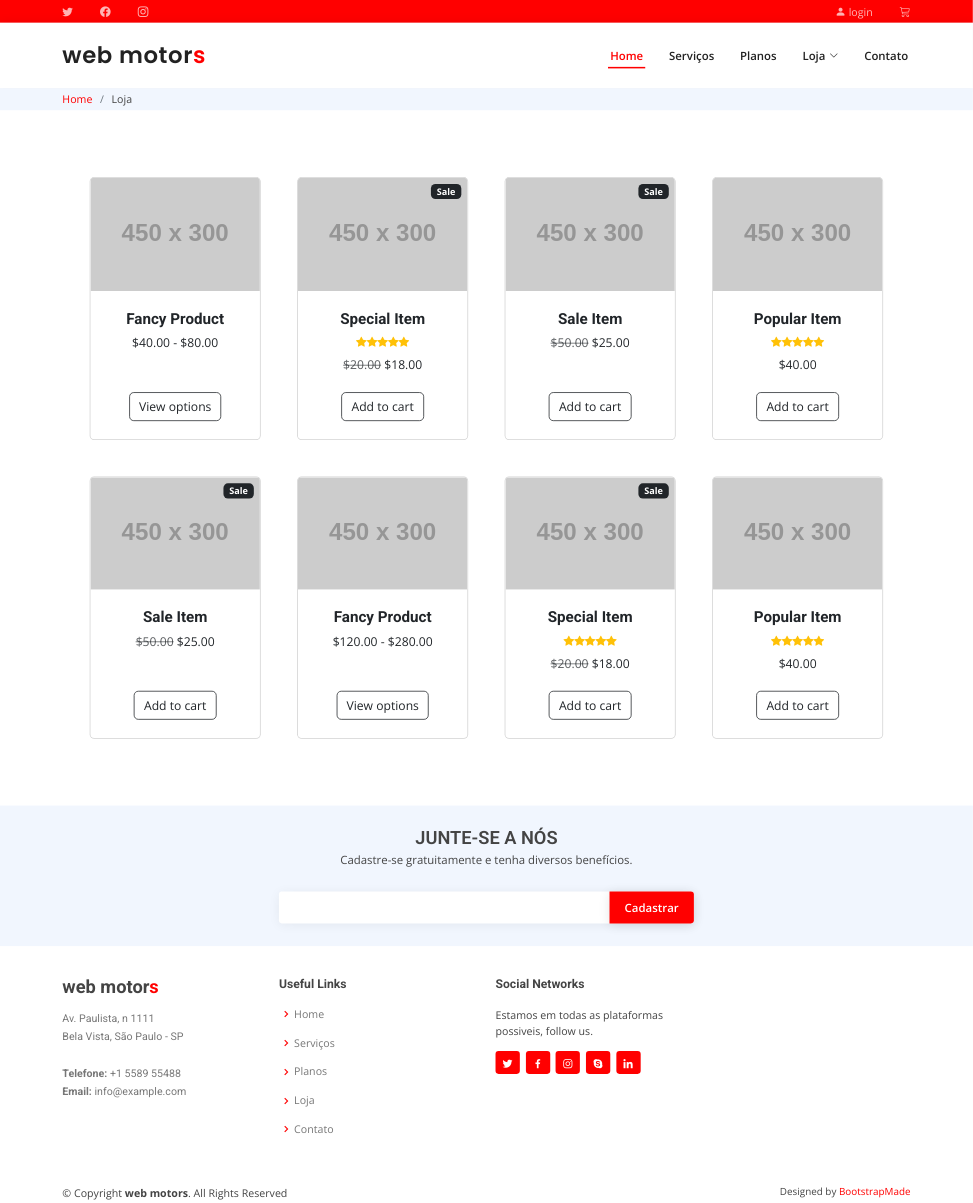
Repository: 01nethy/WebMotors
Page: produtos.html
The author's editor kept a copy of each file at every save. The page is drawn from the files as they stood at one save, then again after the next save.
The browser window is 1280 px wide. The pictures show the whole page, at 76% of full size.

Above is the page before, as saved 2023-12-06 15:26:43.

### produtos.html
<!DOCTYPE html>
<html lang="pt-BR">

<head>
  <meta charset="utf-8">
  <meta content="width=device-width, initial-scale=1.0" name="viewport">

  <title>Produtos Automotivos - Web Motors</title>
  <meta content="" name="description">
  <meta content="" name="keywords">

  <!-- Favicons -->
  <link href="assets/img/favicon.png" rel="icon">
  <link href="assets/img/apple-touch-icon.png" rel="apple-touch-icon">

  <!-- Google Fonts -->
  <link
    href="https://fonts.googleapis.com/css?family=Open+Sans:300,300i,400,400i,600,600i,700,700i|Roboto:300,300i,400,400i,500,500i,600,600i,700,700i|Poppins:300,300i,400,400i,500,500i,600,600i,700,700i"
    rel="stylesheet">

  <!-- Vendor CSS Files -->
  <link href="assets/vendor/aos/aos.css" rel="stylesheet">
  <link href="assets/vendor/bootstrap/css/bootstrap.min.css" rel="stylesheet">
  <link href="assets/vendor/bootstrap-icons/bootstrap-icons.css" rel="stylesheet">
  <link href="assets/vendor/boxicons/css/boxicons.min.css" rel="stylesheet">
  <link href="assets/vendor/glightbox/css/glightbox.min.css" rel="stylesheet">
  <link href="assets/vendor/swiper/swiper-bundle.min.css" rel="stylesheet">

  <!-- Template Main CSS File -->
  <link href="assets/css/style.css" rel="stylesheet">

  <!-- =======================================================
  * Template Name: BizLand
  * Updated: Jul 27 2023 with Bootstrap v5.3.1
  * Template URL: https://bootstrapmade.com/bizland-bootstrap-business-template/
  * Author: BootstrapMade.com
  * License: https://bootstrapmade.com/license/
  ======================================================== -->
</head>

<body>
 <!-- ======= Top Bar ======= -->
 <section id="topbar" class="d-flex align-items-center">
  <div id="topajust" class="container d-flex">
    <div class="social-links col-6 ">
      <a href="#" class="twitter m-0"><i class="bi bi-twitter"></i></a>
      <a href="#" class="facebook"><i class="bi bi-facebook"></i></a>
      <a href="#" class="instagram"><i class="bi bi-instagram"></i></a>
      <!-- <a href="#" class="linkedin"><i class="bi bi-linkedin"></i></i></a> -->
    </div>
    <div class="social-links col-6 text-end">
      <a href="login.html"><i class="bi bi-person-fill"></i> login </a>
      <a href="cart.html"> <i class="bi bi-cart3"></i></a>
    </div>
  </div>
</section>

  <!-- ======= Header nav ======= -->
  <header id="header" class="d-flex">
    <div class="container d-flex align-items-center justify-content-between"">
      <h1 class=" logo"><a href="index.html">web motor<span>s</span></a></h1>
      <nav id="navbar" class="nav navbar justify-content-end">
        <ul>
          <li><a class="nav-link scrollto active" href="index.html">Home</a></li>
          <!-- <li><a class="nav-link scrollto" href="#about">Mecanica</a></li>-->
          <li><a class="nav-link scrollto" href="index.html #services">Serviços</a></li>
          <!-- <li><a class="nav-link scrollto " href="#portfolio">Aditivo</a></li>-->
          <li><a class="nav-link scrollto" href="index.html #pricing">Planos</a></li>
          <li class="dropdown"><a href="produtos.html"><span>Loja</span> <i class="bi bi-chevron-down"></i></a>
            <ul>
              <li><a href="#">Aditivos</a></li>
              <!-- <li class="dropdown"><a href="#"><span>Deep Drop Down</span> <i class="bi bi-chevron-right"></i></a>
                <ul>
                  <li><a href="#">Deep Drop Down 1</a></li>
                  <li><a href="#">Deep Drop Down 2</a></li>
                  <li><a href="#">Deep Drop Down 3</a></li>
                  <li><a href="#">Deep Drop Down 4</a></li>
                  <li><a href="#">Deep Drop Down 5</a></li>
                </ul>
              </li> -->
              <li><a href="#">Borracha</a></li>
              <li><a href="#">Pneus</a></li>
            </ul>
          </li>
          <li><a class="nav-link scrollto" href="index.html #contact">Contato</a></li>
        </ul>
        <i class="bi bi-list mobile-nav-toggle"></i>
      </nav><!-- .navbar -->

    </div>
  </header>

  <main id="main" data-aos="fade-up">
    <!-- ======= Breadcrumbs ======= -->
    <section class="breadcrumbs">
      <div class="container">
        <div class="d-flex justify-content-between align-items-center">
          <ol>
            <li><a href="index.html">Home</a></li>
            <li>Loja</li>
          </ol>
        </div>
      </div>
    </section>

    <section class="inner-page">
      <div class="container px-4 px-lg-5 mt-5">
        <div class="row gx-4 gx-lg-5 row-cols-2 row-cols-md-3 row-cols-xl-4 justify-content-center">
          <div class="col mb-5">
            <div class="card h-100">
              <!-- Product image-->
              <img class="card-img-top" src="https://dummyimage.com/450x300/dee2e6/6c757d.jpg" alt="..." />
              <!-- Product details-->
              <div class="card-body p-4">
                <div class="text-center">
                  <!-- Product name-->
                  <h5 class="fw-bolder">Fancy Product</h5>
                  <!-- Product price-->
                  $40.00 - $80.00
                </div>
              </div>
              <!-- Product actions-->
              <div class="card-footer p-4 pt-0 border-top-0 bg-transparent">
                <div class="text-center"><a class="btn btn-outline-dark mt-auto" href="#">View options</a></div>
              </div>
            </div>
          </div>
          <div class="col mb-5">
            <div class="card h-100">
              <!-- Sale badge-->
              <div class="badge bg-dark text-white position-absolute" style="top: 0.5rem; right: 0.5rem">Sale</div>
              <!-- Product image-->
              <img class="card-img-top" src="https://dummyimage.com/450x300/dee2e6/6c757d.jpg" alt="..." />
              <!-- Product details-->
              <div class="card-body p-4">
                <div class="text-center">
                  <!-- Product name-->
                  <h5 class="fw-bolder">Special Item</h5>
                  <!-- Product reviews-->
                  <div class="d-flex justify-content-center small text-warning mb-2">
                    <div class="bi-star-fill"></div>
                    <div class="bi-star-fill"></div>
                    <div class="bi-star-fill"></div>
                    <div class="bi-star-fill"></div>
                    <div class="bi-star-fill"></div>
                  </div>
                  <!-- Product price-->
                  <span class="text-muted text-decoration-line-through">$20.00</span>
                  $18.00
                </div>
              </div>
              <!-- Product actions-->
              <div class="card-footer p-4 pt-0 border-top-0 bg-transparent">
                <div class="text-center"><a class="btn btn-outline-dark mt-auto" href="#">Add to cart</a></div>
              </div>
            </div>
          </div>
          <div class="col mb-5">
            <div class="card h-100">
              <!-- Sale badge-->
              <div class="badge bg-dark text-white position-absolute" style="top: 0.5rem; right: 0.5rem">Sale</div>
              <!-- Product image-->
              <img class="card-img-top" src="https://dummyimage.com/450x300/dee2e6/6c757d.jpg" alt="..." />
              <!-- Product details-->
              <div class="card-body p-4">
                <div class="text-center">
                  <!-- Product name-->
                  <h5 class="fw-bolder">Sale Item</h5>
                  <!-- Product price-->
                  <span class="text-muted text-decoration-line-through">$50.00</span>
                  $25.00
                </div>
              </div>
              <!-- Product actions-->
              <div class="card-footer p-4 pt-0 border-top-0 bg-transparent">
                <div class="text-center"><a class="btn btn-outline-dark mt-auto" href="#">Add to cart</a></div>
              </div>
            </div>
          </div>
          <div class="col mb-5">
            <div class="card h-100">
              <!-- Product image-->
              <img class="card-img-top" src="https://dummyimage.com/450x300/dee2e6/6c757d.jpg" alt="..." />
              <!-- Product details-->
              <div class="card-body p-4">
                <div class="text-center">
                  <!-- Product name-->
                  <h5 class="fw-bolder">Popular Item</h5>
                  <!-- Product reviews-->
                  <div class="d-flex justify-content-center small text-warning mb-2">
                    <div class="bi-star-fill"></div>
                    <div class="bi-star-fill"></div>
                    <div class="bi-star-fill"></div>
                    <div class="bi-star-fill"></div>
                    <div class="bi-star-fill"></div>
                  </div>
                  <!-- Product price-->
                  $40.00
                </div>
              </div>
              <!-- Product actions-->
              <div class="card-footer p-4 pt-0 border-top-0 bg-transparent">
                <div class="text-center"><a class="btn btn-outline-dark mt-auto" href="#">Add to cart</a></div>
              </div>
            </div>
          </div>
          <div class="col mb-5">
            <div class="card h-100">
              <!-- Sale badge-->
              <div class="badge bg-dark text-white position-absolute" style="top: 0.5rem; right: 0.5rem">Sale</div>
              <!-- Product image-->
              <img class="card-img-top" src="https://dummyimage.com/450x300/dee2e6/6c757d.jpg" alt="..." />
              <!-- Product details-->
              <div class="card-body p-4">
                <div class="text-center">
                  <!-- Product name-->
                  <h5 class="fw-bolder">Sale Item</h5>
                  <!-- Product price-->
                  <span class="text-muted text-decoration-line-through">$50.00</span>
                  $25.00
                </div>
              </div>
              <!-- Product actions-->
              <div class="card-footer p-4 pt-0 border-top-0 bg-transparent">
                <div class="text-center"><a class="btn btn-outline-dark mt-auto" href="#">Add to cart</a></div>
              </div>
            </div>
          </div>
          <div class="col mb-5">
            <div class="card h-100">
              <!-- Product image-->
              <img class="card-img-top" src="https://dummyimage.com/450x300/dee2e6/6c757d.jpg" alt="..." />
              <!-- Product details-->
              <div class="card-body p-4">
                <div class="text-center">
                  <!-- Product name-->
                  <h5 class="fw-bolder">Fancy Product</h5>
                  <!-- Product price-->
                  $120.00 - $280.00
                </div>
              </div>
              <!-- Product actions-->
              <div class="card-footer p-4 pt-0 border-top-0 bg-transparent">
                <div class="text-center"><a class="btn btn-outline-dark mt-auto" href="#">View options</a></div>
              </div>
            </div>
          </div>
          <div class="col mb-5">
            <div class="card h-100">
              <!-- Sale badge-->
              <div class="badge bg-dark text-white position-absolute" style="top: 0.5rem; right: 0.5rem">Sale</div>
              <!-- Product image-->
              <img class="card-img-top" src="https://dummyimage.com/450x300/dee2e6/6c757d.jpg" alt="..." />
              <!-- Product details-->
              <div class="card-body p-4">
                <div class="text-center">
                  <!-- Product name-->
                  <h5 class="fw-bolder">Special Item</h5>
                  <!-- Product reviews-->
                  <div class="d-flex justify-content-center small text-warning mb-2">
                    <div class="bi-star-fill"></div>
                    <div class="bi-star-fill"></div>
                    <div class="bi-star-fill"></div>
                    <div class="bi-star-fill"></div>
                    <div class="bi-star-fill"></div>
                  </div>
                  <!-- Product price-->
                  <span class="text-muted text-decoration-line-through">$20.00</span>
                  $18.00
                </div>
              </div>
              <!-- Product actions-->
              <div class="card-footer p-4 pt-0 border-top-0 bg-transparent">
                <div class="text-center"><a class="btn btn-outline-dark mt-auto" href="#">Add to cart</a></div>
              </div>
            </div>
          </div>
          <div class="col mb-5">
            <div class="card h-100">
              <!-- Product image-->
              <img class="card-img-top" src="https://dummyimage.com/450x300/dee2e6/6c757d.jpg" alt="..." />
              <!-- Product details-->
              <div class="card-body p-4">
                <div class="text-center">
                  <!-- Product name-->
                  <h5 class="fw-bolder">Popular Item</h5>
                  <!-- Product reviews-->
                  <div class="d-flex justify-content-center small text-warning mb-2">
                    <div class="bi-star-fill"></div>
                    <div class="bi-star-fill"></div>
                    <div class="bi-star-fill"></div>
                    <div class="bi-star-fill"></div>
                    <div class="bi-star-fill"></div>
                  </div>
                  <!-- Product price-->
                  $40.00
                </div>
              </div>
              <!-- Product actions-->
              <div class="card-footer p-4 pt-0 border-top-0 bg-transparent">
                <div class="text-center"><a class="btn btn-outline-dark mt-auto" href="#">Add to cart</a></div>
              </div>
            </div>
          </div>
        </div>
      </div>
    </section>
  </main><!-- End #main -->

 <!-- ======= Footer ======= -->
 <footer id="footer">
  <div class="footer-newsletter">
    <div class="container">
      <div class="row justify-content-center">
        <div class="col-lg-6">
          <h4>JUNTE-SE A NÓS</h4>
          <p>Cadastre-se gratuitamente e tenha diversos benefícios.</p>
          <form action="" method="post">
            <input type="email" name="email"><input type="submit" value="Cadastrar">
          </form>
        </div>
      </div>
    </div>
  </div>
  <div class="footer-top">
    <div class="container">
      <div class="row">
        <div class="col-lg-3 col-md-6 footer-contact">
          <h3>web motor<span>s</span></h3>
          <p>
            Av. Paulista, n 1111 <br>
            Bela Vista, São Paulo - SP<br>
            <br>
            <strong>Telefone:</strong> +1 5589 55488<br>
            <strong>Email:</strong> info@example.com<br>
          </p>
        </div>
        <div class="col-lg-3 col-md-6 footer-links">
          <h4>Useful Links</h4>
          <ul>
            <li><i class="bx bx-chevron-right"></i> <a href="#">Home</a></li>
            <li><i class="bx bx-chevron-right"></i> <a href="#">Serviços</a></li>
            <li><i class="bx bx-chevron-right"></i> <a href="#">Planos</a></li>
            <li><i class="bx bx-chevron-right"></i> <a href="#">Loja</a></li>
            <li><i class="bx bx-chevron-right"></i> <a href="#">Contato</a></li>
          </ul>
        </div>
        <div class="col-lg-3 col-md-6 footer-links">
          <h4>Social Networks</h4>
          <p>Estamos em todas as plataformas possiveis,
            follow us.</p>
          <div class="social-links mt-3">
            <a href="#" class="twitter"><i class="bx bxl-twitter"></i></a>
            <a href="#" class="facebook"><i class="bx bxl-facebook"></i></a>
            <a href="#" class="instagram"><i class="bx bxl-instagram"></i></a>
            <a href="#" class="google-plus"><i class="bx bxl-skype"></i></a>
            <a href="#" class="linkedin"><i class="bx bxl-linkedin"></i></a>
          </div>
        </div>
      </div>
    </div>
  </div>
  <div class="container py-4">
    <div class="copyright">
      &copy; Copyright <strong><span>web motors</span></strong>. All Rights Reserved
    </div>
    <div class="credits">
      <!-- All the links in the footer should remain intact. -->
      <!-- You can delete the links only if you purchased the pro version. -->
      <!-- Licensing information: https://bootstrapmade.com/license/ -->
      <!-- Purchase the pro version with working PHP/AJAX contact form: https://bootstrapmade.com/web motors-bootstrap-business-template/ -->
      Designed by <a href="https://bootstrapmade.com/">BootstrapMade</a>
    </div>
  </div>
</footer>

  <div id="preloader"></div>
  <a href="#" class="back-to-top d-flex align-items-center justify-content-center"><i
      class="bi bi-arrow-up-short"></i></a>

  <!-- Vendor JS Files -->
  <script src="assets/vendor/purecounter/purecounter_vanilla.js"></script>
  <script src="assets/vendor/aos/aos.js"></script>
  <script src="assets/vendor/bootstrap/js/bootstrap.bundle.min.js"></script>
  <script src="assets/vendor/glightbox/js/glightbox.min.js"></script>
  <script src="assets/vendor/isotope-layout/isotope.pkgd.min.js"></script>
  <script src="assets/vendor/swiper/swiper-bundle.min.js"></script>
  <script src="assets/vendor/waypoints/noframework.waypoints.js"></script>
  <script src="assets/vendor/php-email-form/validate.js"></script>

  <!-- Template Main JS File -->
  <script src="assets/js/main.js"></script>
</body>
</html>

Loaded but not shown: assets/vendor/aos/aos.css (library); assets/vendor/bootstrap/css/bootstrap.min.css (library); assets/vendor/bootstrap-icons/bootstrap-icons.css (library); assets/vendor/boxicons/css/boxicons.min.css (library); assets/vendor/glightbox/css/glightbox.min.css (library); assets/vendor/swiper/swiper-bundle.min.css (library); assets/vendor/purecounter/purecounter_vanilla.js (library); assets/vendor/aos/aos.js (library); assets/vendor/bootstrap/js/bootstrap.bundle.min.js (library); assets/vendor/glightbox/js/glightbox.min.js (library); assets/vendor/isotope-layout/isotope.pkgd.min.js (library); assets/vendor/swiper/swiper-bundle.min.js (library); assets/vendor/waypoints/noframework.waypoints.js (library); assets/vendor/php-email-form/validate.js (common file); assets/js/main.js (289 lines, source omitted); assets/css/style.css (2215 lines, source omitted)

After the next save:
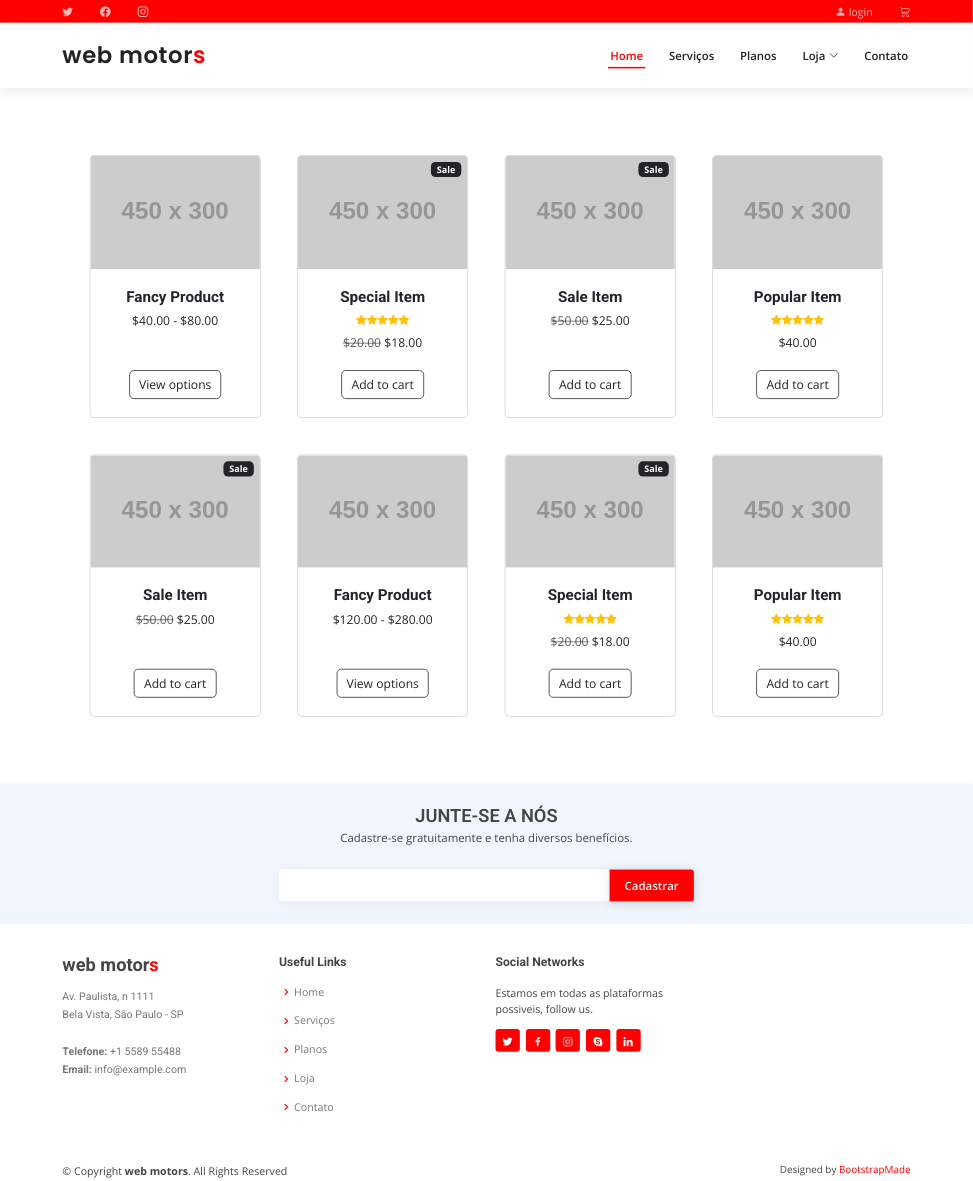
Saved 64 s later.
--- a/produtos.html
+++ b/produtos.html
@@ -91,18 +91,6 @@
   </header>
 
   <main id="main" data-aos="fade-up">
-    <!-- ======= Breadcrumbs ======= -->
-    <section class="breadcrumbs">
-      <div class="container">
-        <div class="d-flex justify-content-between align-items-center">
-          <ol>
-            <li><a href="index.html">Home</a></li>
-            <li>Loja</li>
-          </ol>
-        </div>
-      </div>
-    </section>
-
     <section class="inner-page">
       <div class="container px-4 px-lg-5 mt-5">
         <div class="row gx-4 gx-lg-5 row-cols-2 row-cols-md-3 row-cols-xl-4 justify-content-center">
